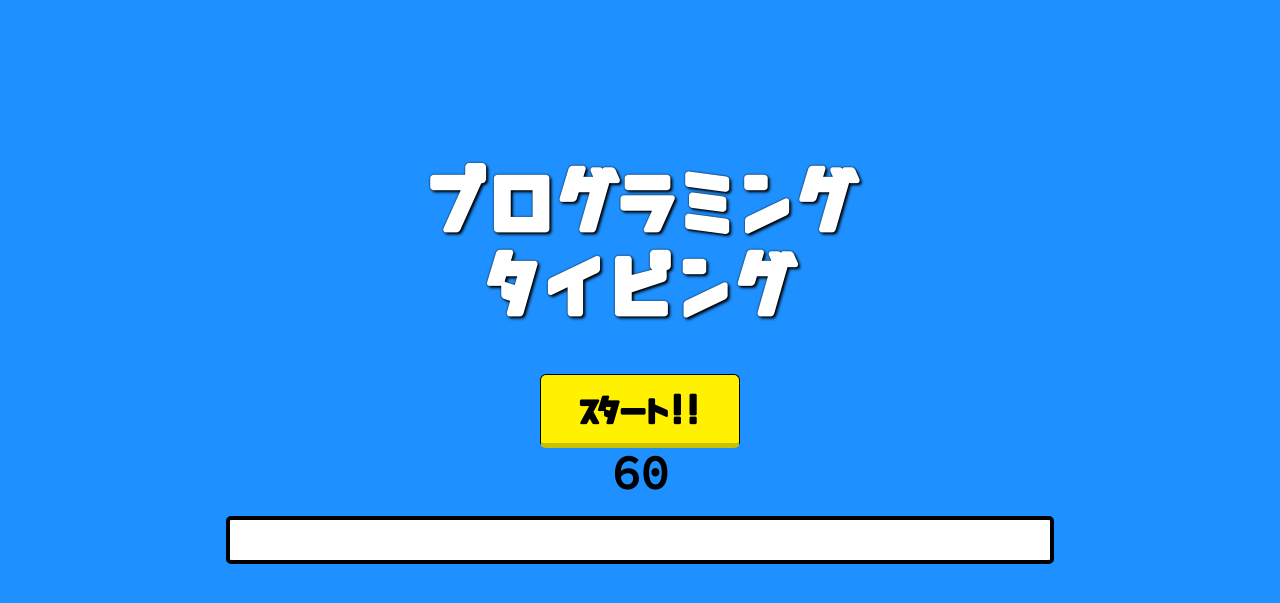
Repository: kenta7255/typing-game
Page: index.html
The author's editor kept a copy of each file at every save. The page is drawn from the files as they stood at one save, then again after the next save.
The browser window is 1280 px wide. The pictures show the whole page.
After loading, the first visible `#start` was clicked once.
The style sheet was rebuilt from its Sass, Less or Tailwind sources for each picture, by a compiler version that may differ from the author's.

Above is the page before, as saved 2021-04-11 13:16:04.
Console error: ReferenceError: Cannot access 'p' before initialization

### index.html
<!DOCTYPE html>
<html lang="ja">

<head>
  <meta charset="UTF-8">
  <meta http-equiv="X-UA-Compatible" content="IE=edge">
  <meta name="viewport" content="width=device-width, initial-scale=1.0">
  <link rel="stylesheet" href="html5reset-1.6.1.css">
  <link rel="stylesheet" href="styles.css">
  <link href="https://fonts.googleapis.com/css?family=Source+Code+Pro" rel="stylesheet">
  <title>プログラミングタイピング</title>
</head>

<body>
  <div id="container">
    <div id="title">
      <h1>プログラミング<br>タイピング</h1>
      <button id="start" class="btn">スタート!!</button>
    </div>
    <p id="count">60</p>
    <div id="wrap">
      <p id="text"></p>
    </div>
  </div>
  <script src="script.js"></script>
</body>

</html>

### html5reset-1.6.1.css
/*
html5doctor.com Reset Stylesheet
v1.6.1
Last Updated: 2010-09-17
Author: Richard Clark - http://richclarkdesign.com
Twitter: @rich_clark
*/

html, body, div, span, object, iframe,
h1, h2, h3, h4, h5, h6, p, blockquote, pre,
abbr, address, cite, code,
del, dfn, em, img, ins, kbd, q, samp,
small, strong, sub, sup, var,
b, i,
dl, dt, dd, ol, ul, li,
fieldset, form, label, legend,
table, caption, tbody, tfoot, thead, tr, th, td,
article, aside, canvas, details, figcaption, figure,
footer, header, hgroup, menu, nav, section, summary,
time, mark, audio, video {
    margin:0;
    padding:0;
    border:0;
    outline:0;
    font-size:100%;
    vertical-align:baseline;
    background:transparent;
}

body {
    line-height:1;
}

article,aside,details,figcaption,figure,
footer,header,hgroup,menu,nav,section {
	display:block;
}

nav ul {
    list-style:none;
}

blockquote, q {
    quotes:none;
}

blockquote:before, blockquote:after,
q:before, q:after {
    content:'';
    content:none;
}

a {
    margin:0;
    padding:0;
    font-size:100%;
    vertical-align:baseline;
    background:transparent;
}

/* change colours to suit your needs */
ins {
    background-color:#ff9;
    color:#000;
    text-decoration:none;
}

/* change colours to suit your needs */
mark {
    background-color:#ff9;
    color:#000;
    font-style:italic;
    font-weight:bold;
}

del {
    text-decoration: line-through;
}

abbr[title], dfn[title] {
    border-bottom:1px dotted;
    cursor:help;
}

table {
    border-collapse:collapse;
    border-spacing:0;
}

/* change border colour to suit your needs */
hr {
    display:block;
    height:1px;
    border:0;
    border-top:1px solid #cccccc;
    margin:1em 0;
    padding:0;
}

input, select {
    vertical-align:middle;
}

### script.js
'use strict'
const title = document.getElementById('title');
const wrap = document.getElementById('wrap');
const start = document.getElementById('start');
const count = document.getElementById('count');

wrap.style.display = "none";
count.style.display = "none";

const textLists = {
  "渡された値をコンソールに表示します。" : "console.log()",
  " id プロパティが指定された文字列に一致する要素を表す Element オブジェクトを返します。" : "document.getElementById()",
  "現在日時でDateオブジェクトを生成しています" : "let today = new Date()",
  "オプションの指定されたコンテンツと OK ボタンを持つ警告ダイアログを表示します。" : "window.alert()",
  "メッセージと、OK, キャンセルの 2 つのボタンを持つモーダルダイアログを表示します。" : "window.confirm()",
  "ユーザにテキストを入力することを促すメッセージを持つダイアログを表示します。" : "window.prompt()",
  "ウィンドウの読み込みを停止します。" : "window.stop()",
  "ブラウザーにセッション履歴内で1つ前のページに戻らせます。" : "history.back()"
};


let checkTexts = [];

const createText = () => {
  let length = 0;
  let ary = [];
  for (let i in textLists){
    length++;
    ary.push(textLists[i]);
  }
  const rand = Math.floor(Math.random() * Object.keys(textLists).length);
  p.textContent = '';
  const p = document.getElementById('text');

  checkTexts = ary[rand].split(('')).map(value => {
    const span = document.createElement('span');
    span.textContent = value;
    p.appendChild(span);
    return span;
  })

};

let score = 0;
const keyDown = e => {

  wrap.style.backgroundColor = 'white';
  if (e.key === checkTexts[0].textContent) {
    checkTexts[0].className = 'add-color';

    checkTexts.shift();
    score++;

    if (!checkTexts.length) createText();
  } else if (e.key === 'Shift') {
    wrap.style.backgroundColor = 'white';
  } else {
    const miss = new Audio('miss.mp3');
    miss.play();
    wrap.style.backgroundColor = 'red';
  }
};

let text = ''
const rankCheck = score => {
  if (score < 100) {
    text = `あなたのランクはCです。`
  } else if (score < 200) {
    text = `あなたのランクはBです。`
  } else if (score < 300) {
    text = `あなたのランクはAです。`
  } else if (score >= 300) {
    text = 'あなたのランクはSです。'
  }
  return `${score}文字打てました！\n${text}\n【OK】リトライ／【キャンセル】終了`;
};
const gameOver = id => {
  clearInterval(id);

  const result = confirm(rankCheck(score));
  if (result) window.location.reload();
};
const timer = () => {
  let time = 60;

  const id = setInterval(() => {
    if (time <= 5) {
      count.style.color = 'red';
    }
    if (time === 0) gameOver(id);
    count.textContent = time--;
  }, 1000);
};


start.addEventListener('click', () => {
  const decide = new Audio('deside.mp3');
  decide.play();
  wrap.style.display = "block";
  count.style.display = "block";
  timer();
  createText();
  title.style.display = 'none';
  document.addEventListener('keydown', keyDown);
});

### styles.scss
@charset "utf-8";
@font-face {
  font-family: "NikkyouSans-B6aV";
  src: url(/NikkyouSans-B6aV.ttf);
}
btn {
  outline: none;
}

body {
  font-family: "Source Code Pro", monospace;
  font-size: 1.5em;
  text-align: center;
  background: #1e90ff;
  position: relative;
  height: 100vh;
}

#container {
  position: absolute;
  top: 50%;
  left: 50%;
  transform: translate(-50%, -50%);
  h1 {
    color: white;
    font-family: "NikkyouSans-B6aV";
    text-shadow: 0px 0px 2px #000, 2px 2px 3px #000;
    font-size: 3.5em;
    letter-spacing: 8px;
    margin-bottom: 50px;
  }
}

#count {
  margin: 0;
  font-weight: bold;
  color: black;
  font-size: 2em;
}

#wrap {
  margin-top: 20px;
  padding: 20px 10px;
  background-color: white;
  font-weight: bold;
  width: 800px;
  color: black;
  border-radius: 5px;
  border: 4px solid black;
}

.btn {
  display: inline-block;
  width: 200px;
  background-color: #fff100;
  border: 1px solid #000;
  border-bottom: 5px solid #ccc100;
  padding: {
    top: 15px;
    bottom: 15px;
  }
  border-radius: 6px;
  font-size: 1.5em;
  font-weight: bold;
  font-family: "NikkyouSans-B6aV";
  transition: all 300ms 0s ease;
  &:hover {
    margin-top: 3px;
    color: #000;
    background: #fff20a;
    border-bottom: 2px solid #ccc100;
  }
}

span {
  transition: all 300ms 0s ease;
}

.add-color {
  font-size: 0.5em;
  color: white;
}

After the next save:
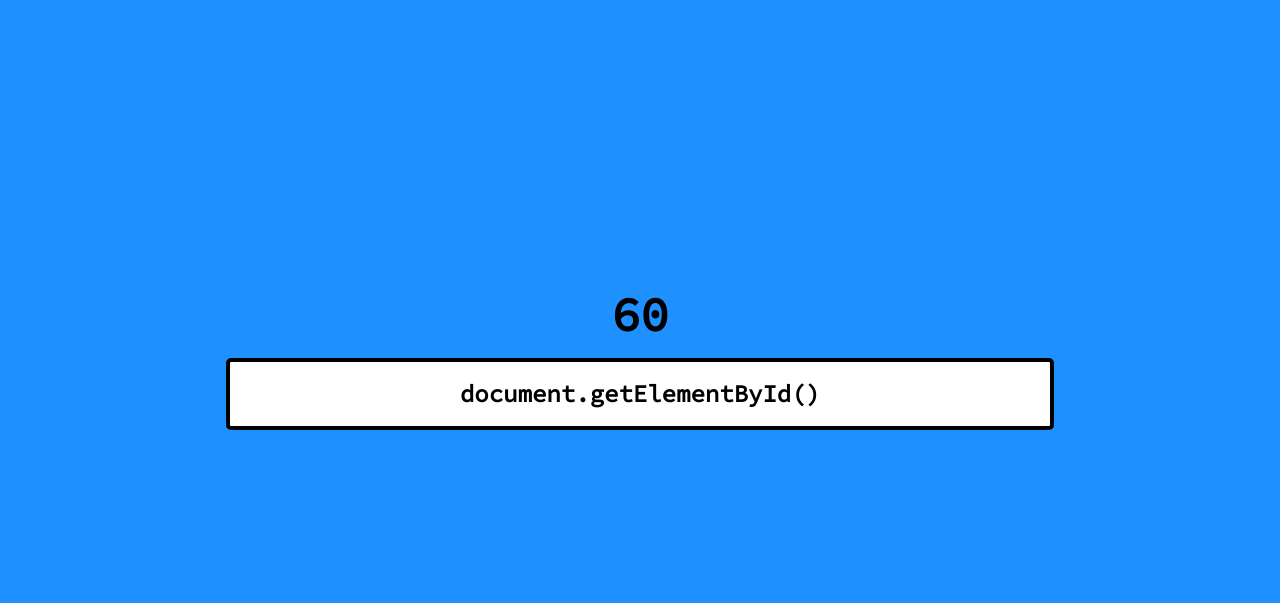
The error is gone.
Saved 54 s later.
--- a/script.js
+++ b/script.js
@@ -22,6 +22,9 @@ const textLists = {
 let checkTexts = [];
 
 const createText = () => {
+  const p = document.getElementById('text');
+  p.textContent = '';
+
   let length = 0;
   let ary = [];
   for (let i in textLists){
@@ -29,8 +32,6 @@ const createText = () => {
     ary.push(textLists[i]);
   }
   const rand = Math.floor(Math.random() * Object.keys(textLists).length);
-  p.textContent = '';
-  const p = document.getElementById('text');
 
   checkTexts = ary[rand].split(('')).map(value => {
     const span = document.createElement('span');
